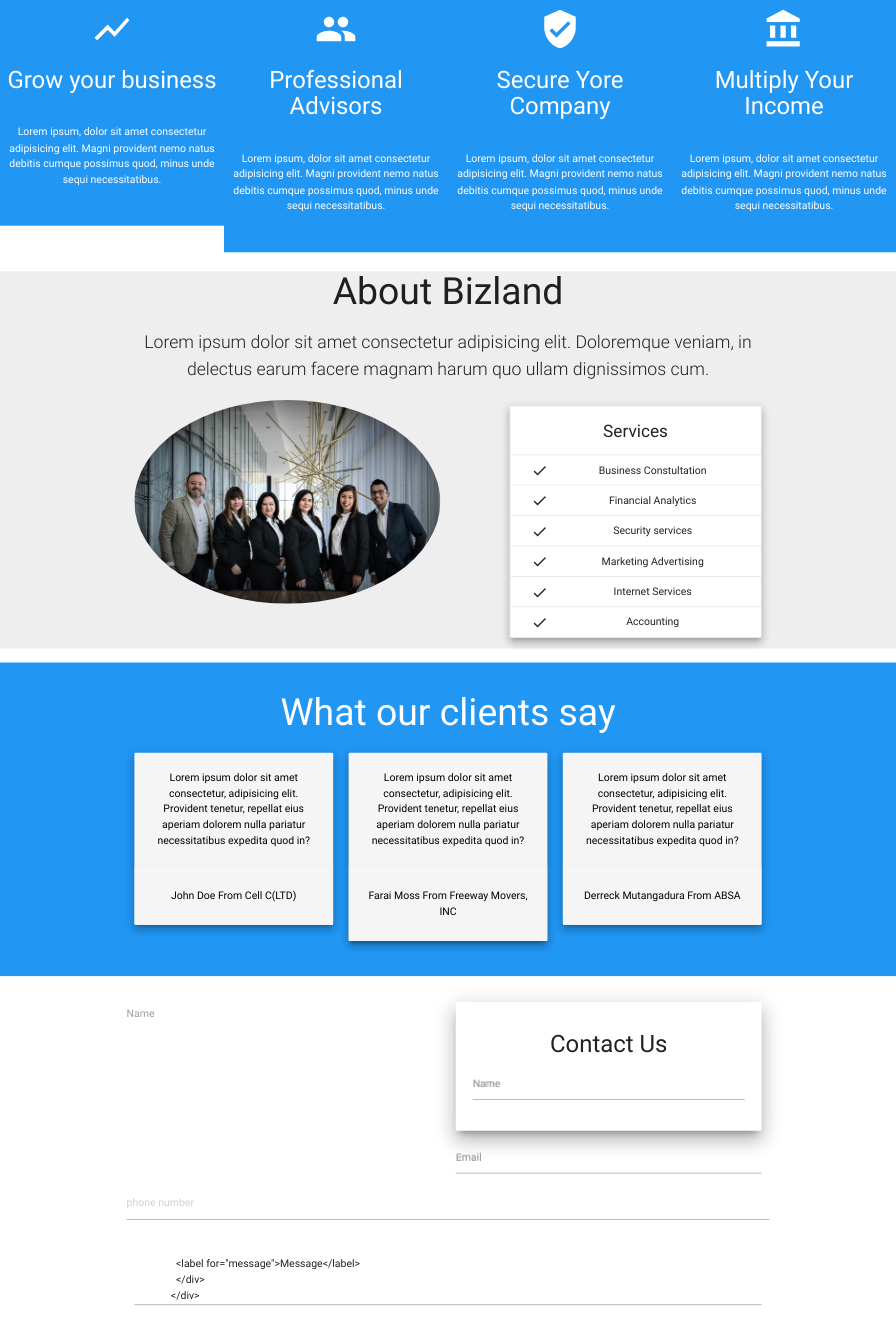
Repository: farrdy/bizland
Page: index.html
An editor plug-in stored every save of this project. The page is shown before and after the next save, followed by the edit.
The browser window is 1280 px wide. The pictures show the part of the page from y = 749 to 2669 px (the page is 2654 px tall before and 2669 px after), at 70% of full size.

Above is the page before, as saved 2020-01-05 22:42:24.

### index.html
<!DOCTYPE html>
<html>
  <head>
    <!--Import Google Icon Font-->
    <link
      href="https://fonts.googleapis.com/icon?family=Material+Icons"
      rel="stylesheet"
    />
    <!--Import materialize.css-->
    <link
      type="text/css"
      rel="stylesheet"
      href="css/materialize.min.css"
      media="screen,projection"
    />
    <link type="text/css" rel="stylesheet" href="css/main.css" />
    <!--Let browser know website is optimized for mobile-->
    <meta name="viewport" content="width=device-width, initial-scale=1.0" />
    <title>Bizland Theme</title>
  </head>

  <body id="home" class="scrollspy">
    <header class="main-header">
      <div class="primary-overlay">
        <div class="navbar-fixed">
          <nav class="transparent">
            <div class="container">
              <div class="nav-wrapper">
                <a href="#home" class="brand-logo">Bizland</a>
                <a href="#" class="button-collapse" data-activates="mobile-nav">
                  <i class="material-icons">menu</i>
                </a>
                <ul class=" right hide-on-med-and-down">
                  <li>
                    <a href="#home">Home</a>
                  </li>
                  <li>
                    <a href="#about">About</a>
                  </li>
                  <li>
                    <a href="#testimonials">Testimonials</a>
                  </li>
                  <li>
                    <a href="#contact">Contact</a>
                  </li>
                  <li>
                    <a href="#" class="btn blue">Download</a>
                  </li>
                </ul>
              </div>
            </div>
          </nav>
        </div>
        <ul class="side-nav" id="mobile-nav">
          <h4 class="blue-grey darken-3  center">
            Bizland
          </h4>
          <li>
            <a href="#" class="devider"></a>
          </li>
          <li>
            <a href="#home">Home</a>
          </li>
          <li>
            <a href="#about">About</a>
          </li>
          <li>
            <a href="#testimonials">Testimonials</a>
          </li>
          <li>
            <a href="#contact">Contact</a>
          </li>
        </ul>

        <!-- showcase -->
        <div class="showcase container">
          <div class="row">
            <div class="col s12 main-text">
              <h5>You found the ...</h5>
              <h1>Right Place To Start</h1>
              <p class="flow-text">
                To take your business to the next level with our services that
                have taken companies to the fortune 500
              </p>
              <br />
              <a href="" class="btn btn-large white black-text">Learn More</a>
              <a href="#about" class="white-text"
                ><i class="material-icons medium scroll-icon">
                  arrow_drop_down_circle
                </i></a
              >
            </div>
          </div>
        </div>
      </div>
    </header>
    <section class="section-boxes center">
      <div class="row">
        <div class="col s12 m6 l3 blue white-text box">
          <i class="material-icons medium">show_chart</i>
          <h4>Grow your business</h4>
          <p>
            Lorem ipsum, dolor sit amet consectetur adipisicing elit. Magni
            provident nemo natus debitis cumque possimus quod, minus unde sequi
            necessitatibus.
          </p>
        </div>
        <div class="col s12 m6 l3 blue white-text box">
          <i class="material-icons medium">people</i>
          <h4>Professional Advisors</h4>
          <p>
            Lorem ipsum, dolor sit amet consectetur adipisicing elit. Magni
            provident nemo natus debitis cumque possimus quod, minus unde sequi
            necessitatibus.
          </p>
        </div>
        <div class="col s12 m6 l3 blue white-text box">
          <i class="material-icons medium">verified_user</i>
          <h4>Secure Yore Company</h4>
          <p>
            Lorem ipsum, dolor sit amet consectetur adipisicing elit. Magni
            provident nemo natus debitis cumque possimus quod, minus unde sequi
            necessitatibus.
          </p>
        </div>
        <div class="col s12 m6 l3 blue white-text box">
          <i class="material-icons medium">account_balance</i>
          <h4>Multiply Your Income</h4>
          <p>
            Lorem ipsum, dolor sit amet consectetur adipisicing elit. Magni
            provident nemo natus debitis cumque possimus quod, minus unde sequi
            necessitatibus.
          </p>
        </div>
      </div>
    </section>
    <!-- Section: About -->

    <section id="about" class="section-about grey lighten-3 center scrollspy">
      <div class="container">
        <h2>About Bizland</h2>
        <p class="flow-text">
          Lorem ipsum dolor sit amet consectetur adipisicing elit. Doloremque
          veniam, in delectus earum facere magnam harum quo ullam dignissimos
          cum.
        </p>
        <div class="row">
          <div class="col s12 m6">
            <img src="img/people.jpg" alt="" class="responsive-img circle" />
          </div>
          <div class="col s12 m5 offset-m1">
            <ul class="collection with-header z-depth-4">
              <li class="collection-header">
                <h5>Services</h5>
              </li>
              <li class="collection-item">
                <i class="material-icons left">check</i>
                Business Constultation
              </li>
              <li class="collection-item">
                <i class="material-icons left">check</i>
                Financial Analytics
              </li>
              <li class="collection-item">
                <i class="material-icons left">check</i>
                Security services
              </li>
              <li class="collection-item">
                <i class="material-icons left">check</i>
                Marketing Advertising
              </li>
              <li class="collection-item">
                <i class="material-icons left">check</i>
                Internet Services
              </li>
              <li class="collection-item">
                <i class="material-icons left">check</i>
                Accounting
              </li>
            </ul>
          </div>
        </div>
      </div>
    </section>
    <!-- Section Testimonials -->
    <section
      id="testimonials"
      class="section section-testimonials blue white-text center scrollspy"
    >
      <div class="container">
        <h2>What our clients say</h2>
        <div class="row">
          <div class="col s12 m4">
            <div class="card grey lighten-4 black-text z-depth-4">
              <div class="card-content">
                <p>
                  Lorem ipsum dolor sit amet consectetur, adipisicing elit.
                  Provident tenetur, repellat eius aperiam dolorem nulla
                  pariatur necessitatibus expedita quod in?
                </p>
              </div>
              <div class="card-action">
                <p>John Doe From Cell C(LTD)</p>
              </div>
            </div>
          </div>
          <div class="col s12 m4">
            <div class="card grey lighten-4 black-text z-depth-4">
              <div class="card-content">
                <p>
                  Lorem ipsum dolor sit amet consectetur, adipisicing elit.
                  Provident tenetur, repellat eius aperiam dolorem nulla
                  pariatur necessitatibus expedita quod in?
                </p>
              </div>
              <div class="card-action">
                <p>Farai Moss From Freeway Movers, INC</p>
              </div>
            </div>
          </div>
          <div class="col s12 m4">
            <div class="card grey lighten-4 black-text z-depth-4">
              <div class="card-content">
                <p>
                  Lorem ipsum dolor sit amet consectetur, adipisicing elit.
                  Provident tenetur, repellat eius aperiam dolorem nulla
                  pariatur necessitatibus expedita quod in?
                </p>
              </div>
              <div class="card-action">
                <p>Derreck Mutangadura From ABSA</p>
              </div>
            </div>
          </div>
        </div>
      </div>
    </section>

    <!-- section :Contact -->

    <section class="section section-contact center scrollspy">
      <div id="googlemap"></div>
      <div class="container">
        <div class="row">
          <div class="col s12 m6 offset-m6">
            <div class="card-panel z-depth-5">
              <h4>Contact Us</h4>
              <div class="input-field">
                <input type="text" id="name" placeholder="name">
                <label for="name">Name</label>
                </div>
              </div>
              <div class="input-field">
                <input type="email" id="email" placeholder="email">
                <label for="name">Email</label>
                </div>
              </div>
              <div class="input-field">
                <input type="text" id="phone" placeholder="phone number">
                <label for="phone">Name</label>
                </div>
              </div>
              <div class="input-field">
                <textarea class="materialize-textarea" id="message" placeholder="message">
                <label for="message">Message</label>
                </div>
              </div>
              <input type="submit" value="Submit" class="btn blue-grey">

            </div>
          </div>
        </div>
      </div>
    </section>
    <!-- FOOTER: SECTION -->

    <footer class="page-footer blue-grey darken-1">
      <div class="container">
        <div class="row">
          <div class="col l6 s12">
            <h5>Location</h5>
            <p>Bizland, INC</p>
            <p>555 Somewhere Drive, Boston MA</p>
          </div>
          <div class="col l4 offset-l2 s12">
            <h5 class="white-text">Links</h5>
            <ul>
              <li>
                <a href="#home">Home</a>
              </li>
              <li>
                <a href="#about">About</a>
              </li>
              <li>
                <a href="#testimonials">Testimonials</a>
              </li>
              <li>
                <a href="#contact">Contact</a>
              </li>
            </ul>
          </div>
        </div>
      </div>
      <div class="footer-copyright blue-grey darken-4">
        <div class="container">
          Bizland Theme © 2020 Copyright
          <a class="grey-text text-lighten-4 right" href="#!"
            ><i class="material-icons left">keyboard</i></a
          >
        </div>
      </div>
    </footer>

    <!--Import jQuery before materialize.js-->
    <script
      type="text/javascript"
      src="https://code.jquery.com/jquery-3.2.1.min.js"
    ></script>
    <script type="text/javascript" src="js/materialize.min.js"></script>
    <script>
      $(document).ready(function() {
        $(".button-collapse").sideNav();

        $(".scrollspy").scrollSpy();

        //scrollfire
        const options = [
          {
            selector: ".main-text",
            offset: 0,
            callback: function(el) {
              Materialize.fadeInImage($(el));
            }
          }
        ];

        Materialize.scrollFire(options);
      });
    </script>
  </body>
</html>

### css/main.css
.primary-overlay {
  background: rgba(63, 57, 77, 0.7);
  position: absolute;
  top: 0;
  left: 0;
  width: 100%;
  height: 100%;
  overflow: hidden;
}

.main-header {
  background: url(../img/showcase.jpg);
  background-size: cover;
  background-position: center;
  height: 100vh;
  min-height: 600px;
  color: #fff;
  position: relative;
}

.main-hedare .showcase {
  padding-top: 110px;
}

.scroll-icon {
  position: absolute;
  bottom: 5%;
  left: 47%;
  opacity: 0.5%;
}

.box {
  padding: 40px 10px !important;
}

.box h4 {
  padding-bottom: 30px;
}

.section-boxes .row {
  margin-bottom: 0 !important;
}

@media (max-width: 600px) {
  .main-header {
    height: 50vh;
  }
}

Loaded but not shown: css/materialize.min.css (library)

After the next save:
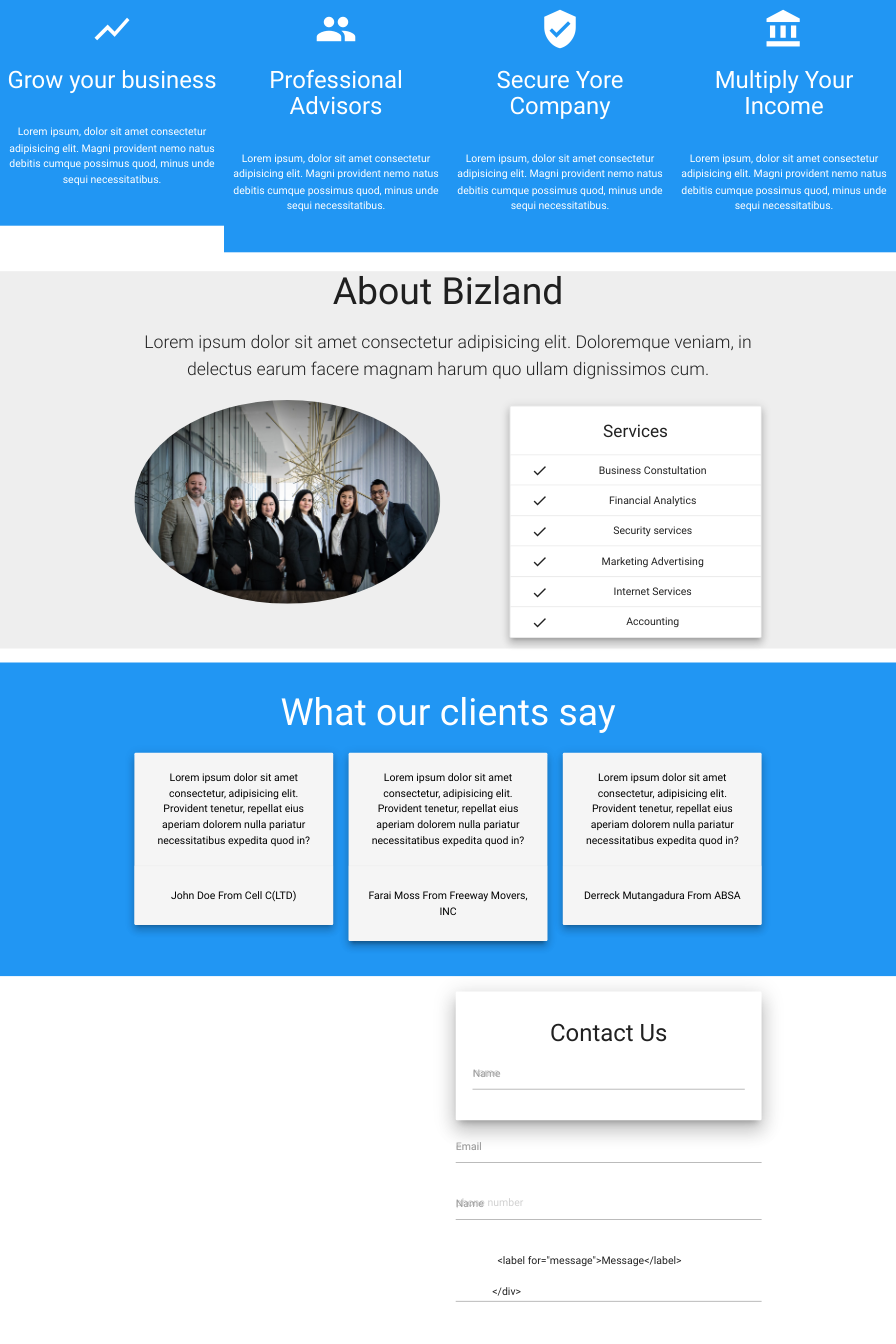
Saved 64 s later.
--- a/index.html
+++ b/index.html
@@ -254,16 +254,16 @@
                 <input type="email" id="email" placeholder="email">
                 <label for="name">Email</label>
                 </div>
-              </div>
+
               <div class="input-field">
                 <input type="text" id="phone" placeholder="phone number">
                 <label for="phone">Name</label>
                 </div>
-              </div>
+
               <div class="input-field">
                 <textarea class="materialize-textarea" id="message" placeholder="message">
                 <label for="message">Message</label>
-                </div>
+
               </div>
               <input type="submit" value="Submit" class="btn blue-grey">
 
